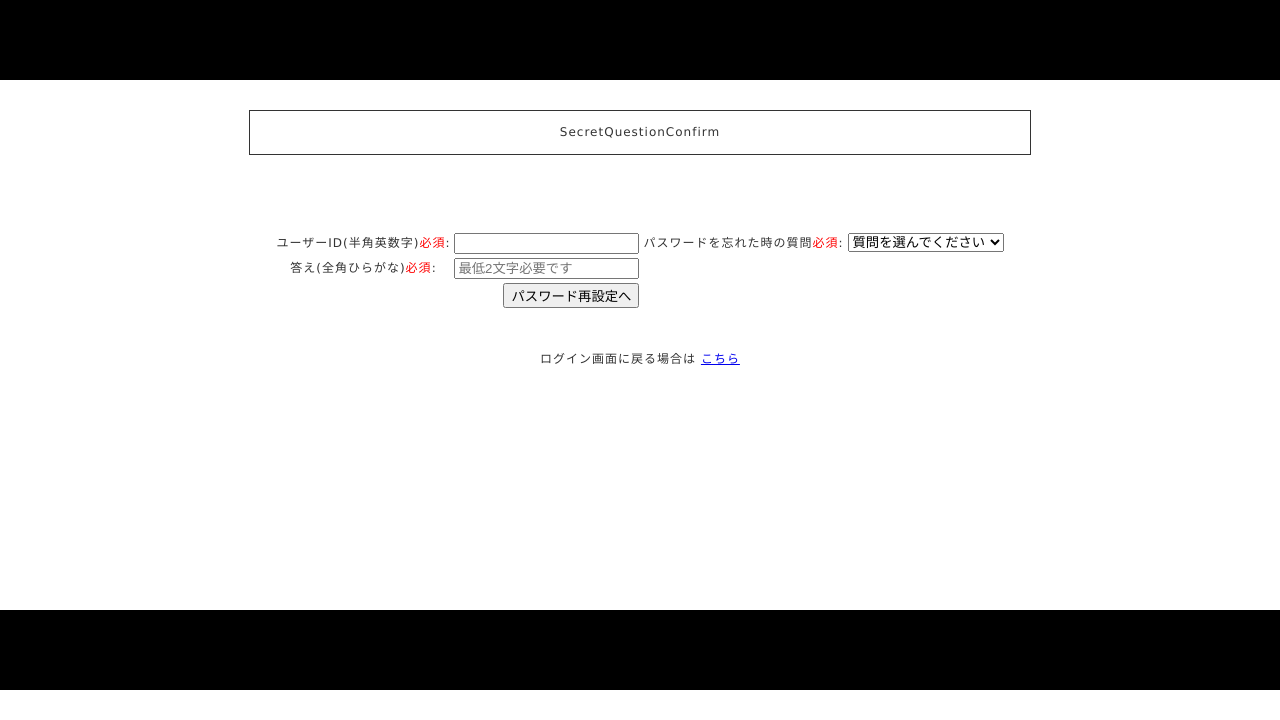
Repository: y321sudo/test2
Page: http://localhost/Yukazon/secretQuestionConfirm.jsp
The author's editor kept a copy of each file at every save. The page is drawn from the files as they stood at one save, then again after the next save.
The browser window is 1280 px wide. The pictures show the whole page.
The page is served by Tomcat 9.

Above is the page before, as saved 2018-02-23 06:38:12.

After the next save:
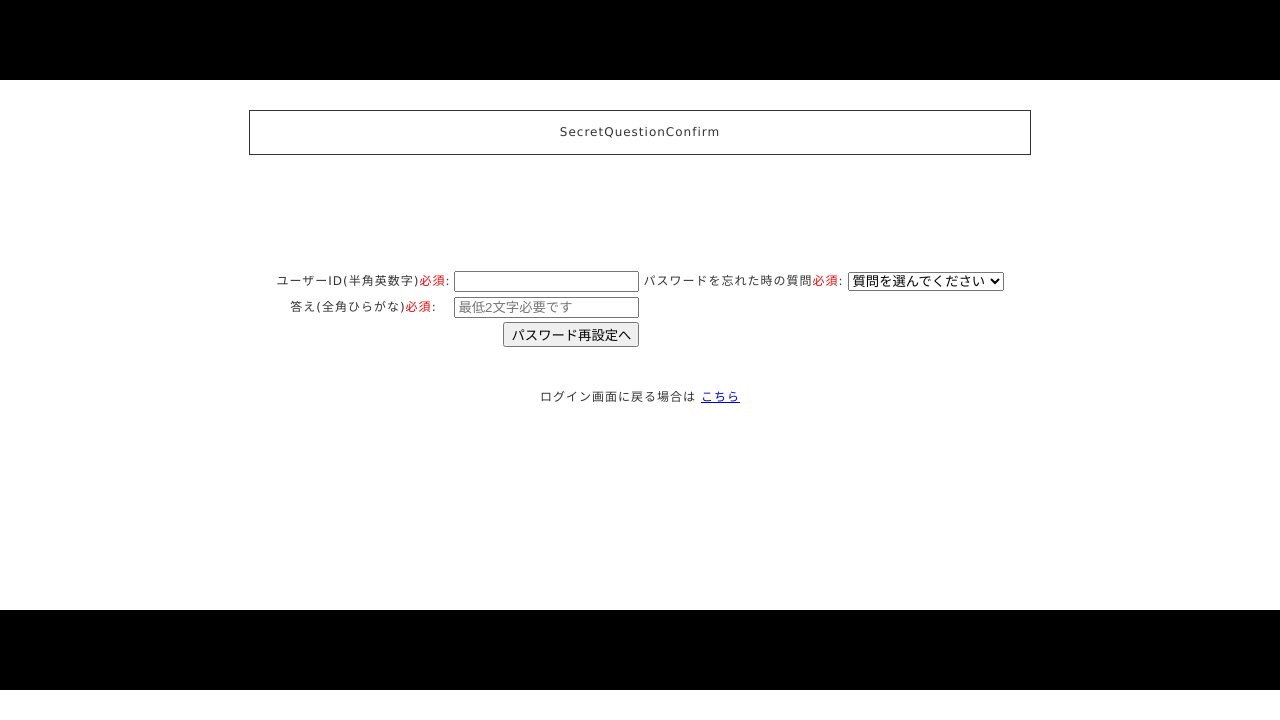
Saved 42 s later.
--- a/Yukazon/WebContent/secretQuestionConfirm.jsp
+++ b/Yukazon/WebContent/secretQuestionConfirm.jsp
@@ -76,9 +76,9 @@
 						<label>ユーザーID(半角英数字)<font color="red">必須</font>:</label>
 					</td>
 					<td>
-						<!-- IDの入力制限:半角英数字のみ、入力必須項目(required) -->
 						<input type="text" name="loginUserId" pattern="^[0-9A-Za-z]+$" title="半角英数字でご入力ください。" required />
 					</td>
+					<br><br>
 					<td>
 						<label>パスワードを忘れた時の質問<font color="red">必須</font>:</label>
 					</td>

After the save that followed:
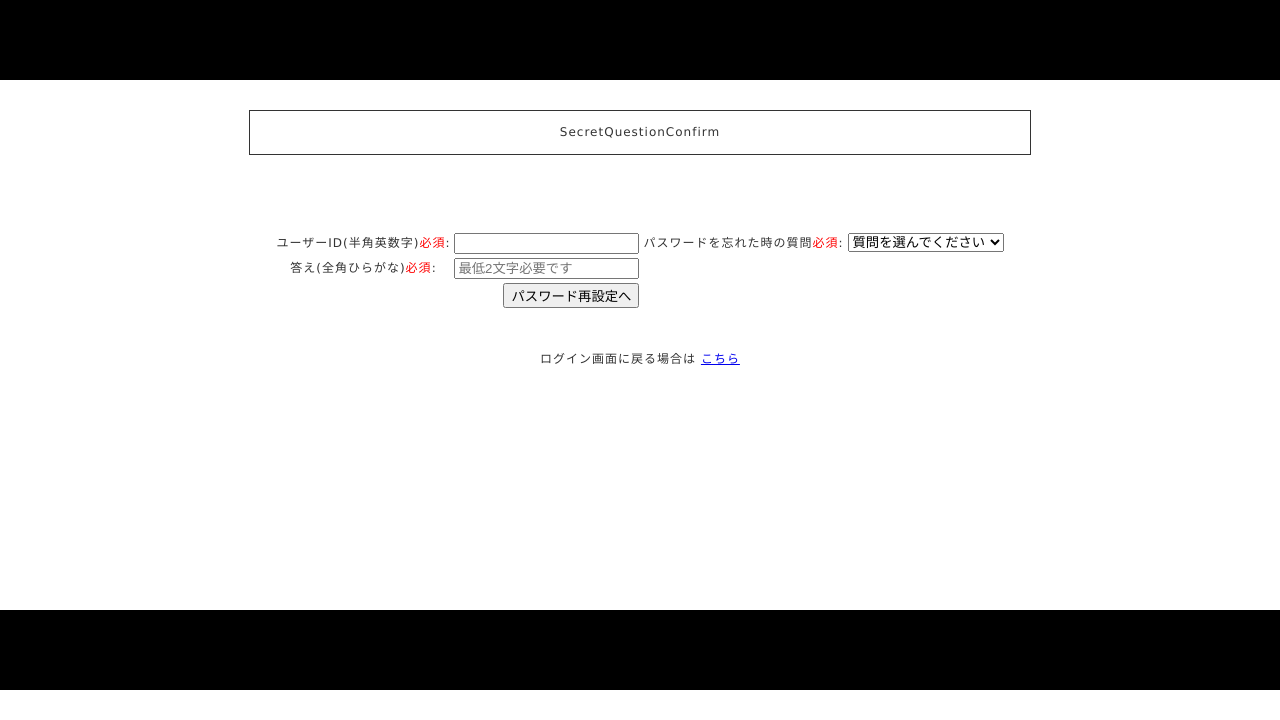
Saved 44 s later.
--- a/Yukazon/WebContent/secretQuestionConfirm.jsp
+++ b/Yukazon/WebContent/secretQuestionConfirm.jsp
@@ -78,7 +78,6 @@
 					<td>
 						<input type="text" name="loginUserId" pattern="^[0-9A-Za-z]+$" title="半角英数字でご入力ください。" required />
 					</td>
-					<br><br>
 					<td>
 						<label>パスワードを忘れた時の質問<font color="red">必須</font>:</label>
 					</td>
